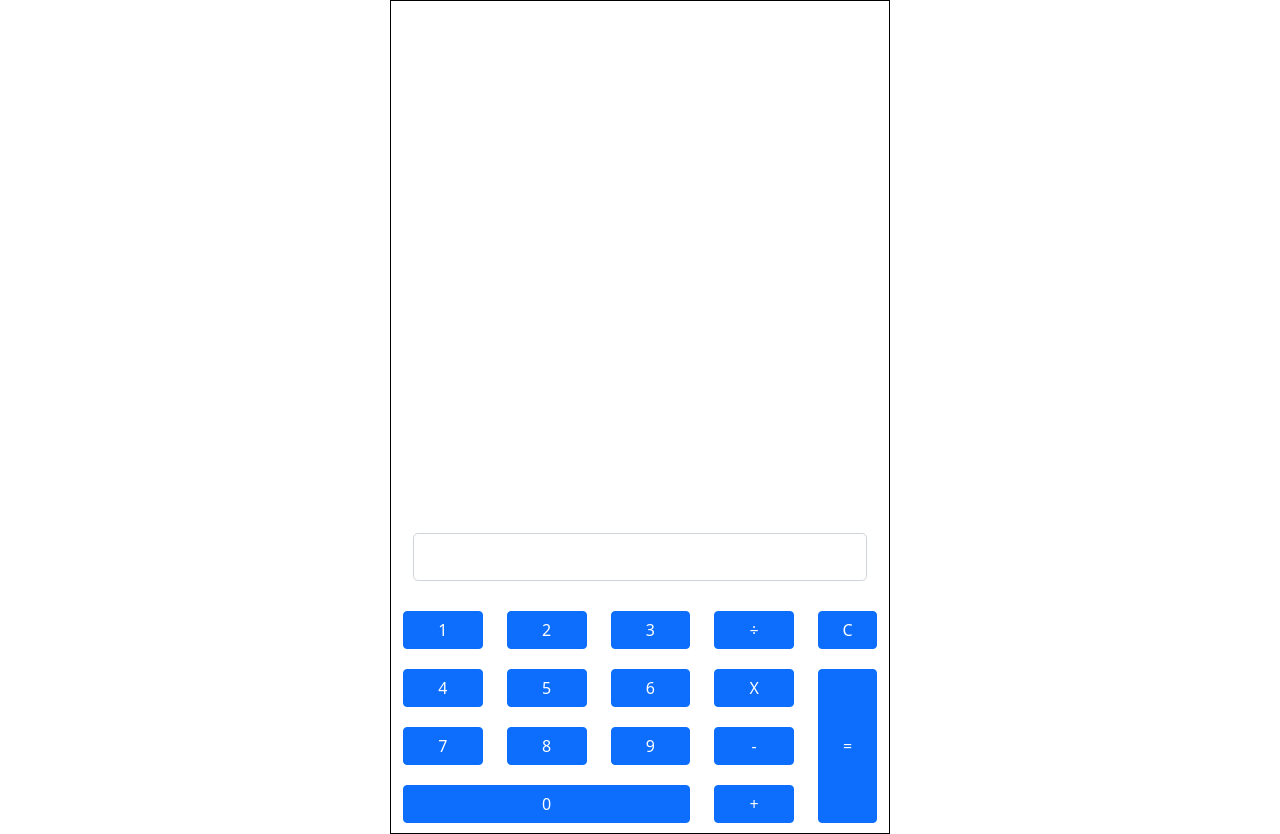
Repository: jsakdalan/CalculatorReactTypescript
Page: /
An editor plug-in stored every save of this project. The page is shown before and after a run of saves, followed by the edit.
The browser window is 1280 px wide. The pictures show the whole page.
The project was rebuilt for these pictures with package versions that can differ from the ones it lists, and the page was loaded fresh each time. Also part of the build but not shown: src/App.css.

Above is the page before, as saved 2022-06-07 16:43:34.

After the next 2 saves:
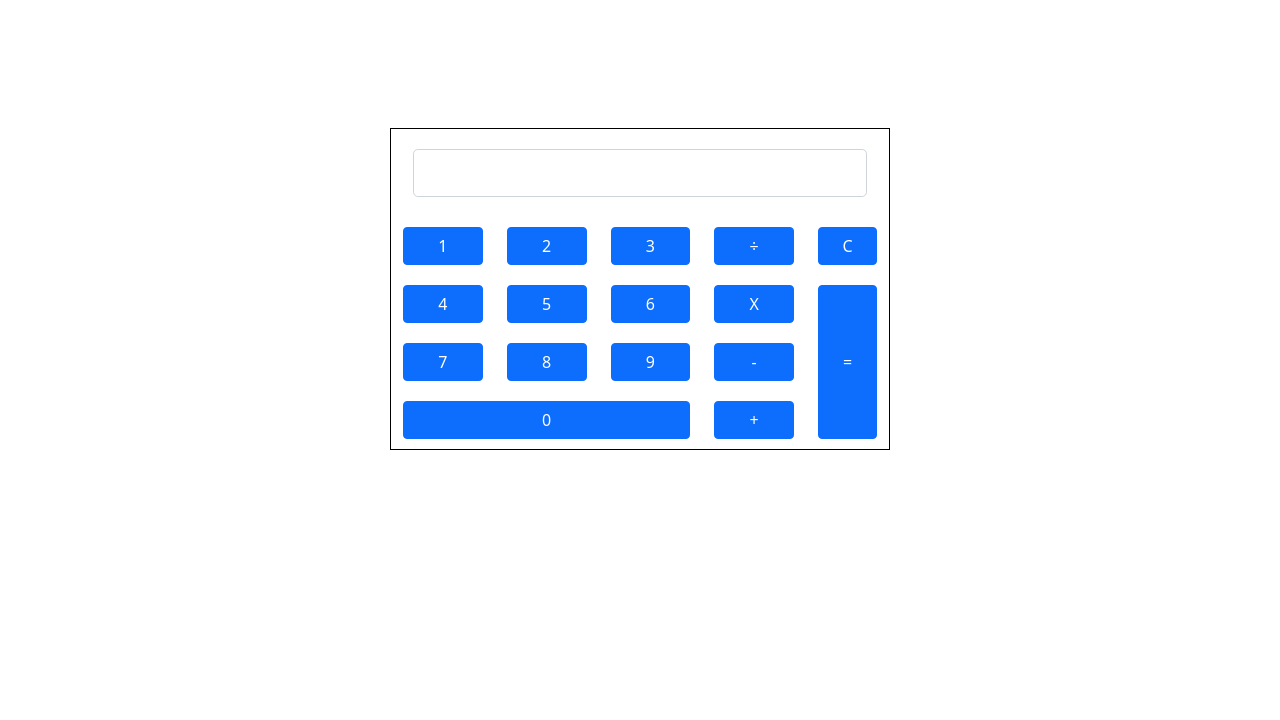
The 2 saves are shown as one change because they came seconds apart.
The last was saved 19 s later.
--- a/src/pages/Calculator.css
+++ b/src/pages/Calculator.css
@@ -1,5 +1,5 @@
 .container{
-    padding-top:40%;
+    margin-top:10%;
     max-width: 500px!important;
     width: 400px;
     display: flex;
